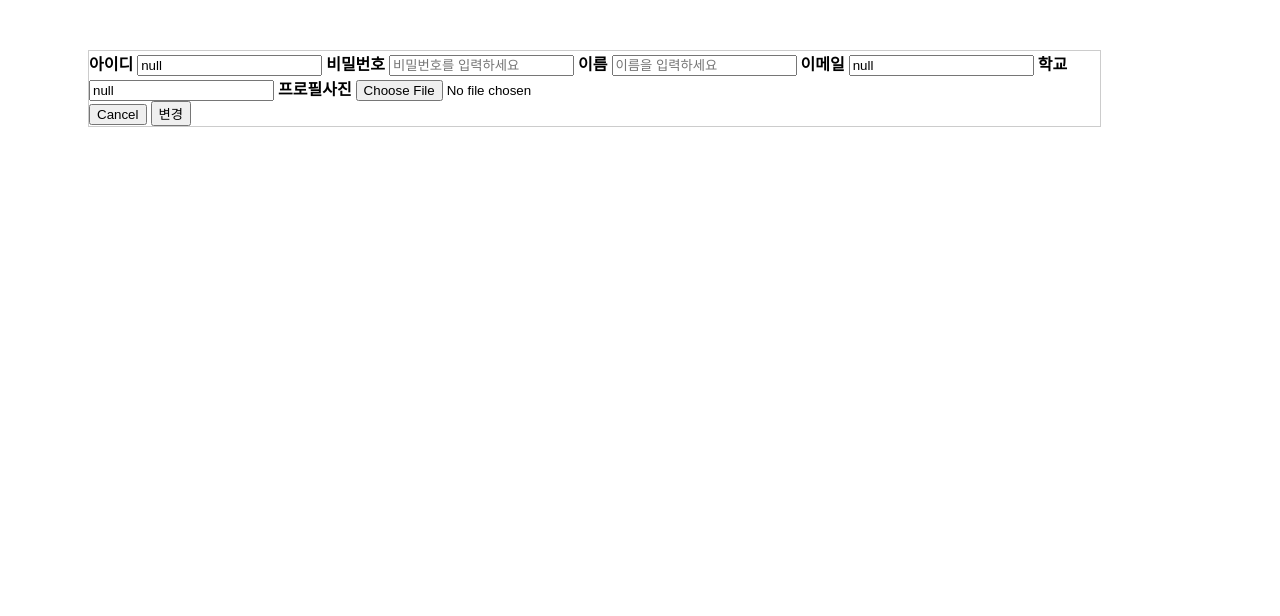
Repository: LeeHyukJe/LHJ
Page: http://localhost/mybbs/mybbs/member_change.jsp
These files come from the project's save history. The page is drawn as it stood at one moment and after the next save; the edit follows.
The browser window is 1280 px wide. The pictures show the whole page.
The page is served by Tomcat 9. Other server files are loaded and not shown.

Above is the page before, as saved 2017-09-25 01:01:49.

### mybbs/WebContent/mybbs/member_change.jsp
<%@ page language="java" contentType="text/html; charset=UTF-8"
    pageEncoding="UTF-8"%>
    <%@page import="user.*" %>
    <jsp:useBean id="user" scope="request" class="user.User"/>
    <jsp:useBean id="user_db" scope="request" class="user.User_db"/>
<!DOCTYPE html PUBLIC "-//W3C//DTD HTML 4.01 Transitional//EN" "http://www.w3.org/TR/html4/loose.dtd">
<html>
<head>
<meta http-equiv="Content-Type" content="text/html; charset=UTF-8">
<title>Insert title here</title>
</head>
<body>
	<form action="member_list.jsp" style="border: 1px solid #ccc; margin: 50px 0 0 80px; width: 80%;">
		<div class="container">
			<label><b>아이디</b></label>
			<input type="text" name="user_id" value="<%=user.getUser_id() %>" required>
				<label><b>비밀번호</b></label> <input
				type="password" placeholder="비밀번호를 입력하세요" name="user_password" required>
				<label><b>이름</b></label> <input type="text" placeholder="이름을 입력하세요" name="user_name">
				 <label><b>이메일</b></label>
			<input type="text" name="user_email" value="<%=user.getUser_name()%>">

			<label><b>학교</b></label>
			<input type="text" name="user_college" value="<%=user.getUser_college()%>">
			<label><b>프로필사진</b></label>
			<input type="file" name="user_picture">
			<div class="clearfix">
				<button type="button" class="cancelbtn">Cancel</button>
				<button type="submit" class="signupbtn">변경</button>
			</div>
		</div>
	</form>
</body>
</html>

### mybbs/src/user/User.java
package user;

public class User {
	private String user_id;
	private int user_password;
	private String user_name;
	private String user_email;
	private String user_college;
	private String user_picture;


	public String getUser_id() {
		return user_id;
	}
	public void setUser_id(String user_id) {
		this.user_id = user_id;
	}
	public int getUser_password() {
		return user_password;
	}
	public void setUser_password(int user_password) {
		this.user_password = user_password;
	}
	public String getUser_name() {
		return user_name;
	}
	public void setUser_name(String user_name) {
		this.user_name = user_name;
	}
	public String getUser_email() {
		return user_email;
	}
	public void setUser_email(String user_email) {
		this.user_email = user_email;
	}
	public String getUser_college() {
		return user_college;
	}
	public void setUser_college(String user_college) {
		this.user_college = user_college;
	}
	public String getUser_picture() {
		return user_picture;
	}
	public void setUser_picture(String user_picture) {
		this.user_picture = user_picture;
	}
}

### mybbs/src/user/User_db.java
package user;

import java.sql.*;
import java.util.ArrayList;

public class User_db {
	Connection conn;
	PreparedStatement pstmt;
	ResultSet rs;
	String jdbc_driver;
	String jdbc_url;


	public void connect() {
		if(System.getProperty("user.name").equals("lims2733")) {
			jdbc_driver="com.mysql.jdbc.Driver";
			jdbc_url="jdbc:mysql://127.0.0.1:3306/db";
		}
		else if( System.getProperty("user.name").equals("우리집 컴퓨터")) {
			jdbc_driver="com.mysql.jdbc.Driver";
			jdbc_url="jdbc:mysql://localhost:3306/mybbs";
		}
		else {
			jdbc_driver="oracle.jdbc.driver.OracleDriver";
			System.out.print(System.getProperty("user.name"));
			jdbc_url="jdbc:oracle:thin:@localhost:1521:xe";
		}

		try {
			Class.forName(jdbc_driver);
			conn=DriverManager.getConnection(jdbc_url,"root","1234");
		}catch(Exception e) {
			System.out.println(e);
		}
	}

	public void disconnect() {
		if(pstmt!=null) {
			try {
				pstmt.close();
			} catch (SQLException e) {
				// TODO Auto-generated catch block
				e.printStackTrace();
			}
		}

		if(conn!=null) {
			try {
				conn.close();
			} catch (SQLException e) {
				// TODO Auto-generated catch block
				e.printStackTrace();
			}
		}
	}

	public ArrayList<User> db_list(){
		connect();
		String sql="select * from mybbs";
		ArrayList<User> list=new ArrayList<>();

		try {
			pstmt=conn.prepareStatement(sql);
			rs=pstmt.executeQuery();

			while(rs.next()) {
				User user=new User();
				user.setUser_id(rs.getString(1));
				user.setUser_password(rs.getInt(2));
				user.setUser_name(rs.getString(3));
				user.setUser_email(rs.getString(4));
				user.setUser_college(rs.getString(5));
				user.setUser_picture(rs.getString(6));
				list.add(user);
			}
		} catch (SQLException e) {
			// TODO Auto-generated catch block
			e.printStackTrace();

		}finally {
			disconnect();
		}
		return list;
	}

	public User getDB(String user_id) {
		connect();
		String sql="select * from mybbs where user_id=?";
		User user=new User();
		try {
			pstmt=conn.prepareStatement(sql);
			pstmt.setString(1, user_id);
			rs=pstmt.executeQuery();

			rs.next();
			user.setUser_id(rs.getString(1));
			user.setUser_password(rs.getInt(2));
			user.setUser_name(rs.getString(3));
			user.setUser_email(rs.getString(4));
			user.setUser_college(rs.getString(5));
			user.setUser_picture(rs.getString(6));
		} catch (SQLException e) {
			// TODO Auto-generated catch block
			e.printStackTrace();
		}finally {
			disconnect();
		}
		return user;
	}

	public boolean insert(User user) {
		connect();

		String sql="insert into mybbs values(?,?,?,?,?,?)";
		try {
			pstmt=conn.prepareStatement(sql);
			pstmt.setString(1, user.getUser_id());
			pstmt.setInt(2, user.getUser_password());
			pstmt.setString(3, user.getUser_name());
			pstmt.setString(4, user.getUser_email());
			pstmt.setString(5, user.getUser_college());
			pstmt.setString(6, user.getUser_picture());
			pstmt.executeUpdate();
			return true;
		} catch (SQLException e) {
			// TODO Auto-generated catch block
			e.printStackTrace();
			return false;
		}finally {
			disconnect();
		}
	}

	public boolean update(User user) {
		connect();

		String sql="update mybbs set user_password=?"
				+ "user_name=? user_email=? user_college=? user_picture=? where user_id=?";
		try {
			pstmt=conn.prepareStatement(sql);
			pstmt.setInt(1, user.getUser_password());
			pstmt.setString(2, user.getUser_name());
			pstmt.setString(3, user.getUser_email());
			pstmt.setString(4, user.getUser_college());
			pstmt.setString(5, user.getUser_picture());
			pstmt.setString(6, user.getUser_id());
			pstmt.executeUpdate();
			return true;
		} catch (SQLException e) {
			// TODO Auto-generated catch block
			e.printStackTrace();
			return false;
		}finally {
			disconnect();
		}
	}

	public boolean delete(String user_id) {
		connect();

		String sql="delete from mybbs where user_id=?";

		try {
			pstmt=conn.prepareStatement(sql);
			pstmt.setString(1, user_id);
			pstmt.executeUpdate();
			return true;
		} catch (SQLException e) {
			// TODO Auto-generated catch block
			e.printStackTrace();
			return false;
		}finally {
			disconnect();
		}
	}

}

### mybbs/WebContent/mybbs/join_css.css
/* Full-width input fields */
input[type=text], input[type=password] {
    width: 100%;
    padding: 12px 20px;
    margin: 8px 0;
    display: inline-block;
    border: 1px solid #ccc;
    box-sizing: border-box;
}

/* Set a style for all buttons */
button {
    background-color: #4CAF50;
    color: white;
    padding: 14px 20px;
    margin: 8px 0;
    border: none;
    cursor: pointer;
    width: 100%;
}

/* Extra styles for the cancel button */
.cancelbtn {
    padding: 14px 20px;
    background-color: #f44336;
}

/* Float cancel and signup buttons and add an equal width */
.cancelbtn,.signupbtn {
    float: left;
    width: 50%;
}

/* Add padding to container elements */
.container {
    padding: 16px;
}

/* Clear floats */
.clearfix::after {
    content: "";
    clear: both;
    display: table;
}

/* Change styles for cancel button and signup button on extra small screens */
@media screen and (max-width: 300px) {
    .cancelbtn, .signupbtn {
       width: 100%;
    }
}

After the next save:
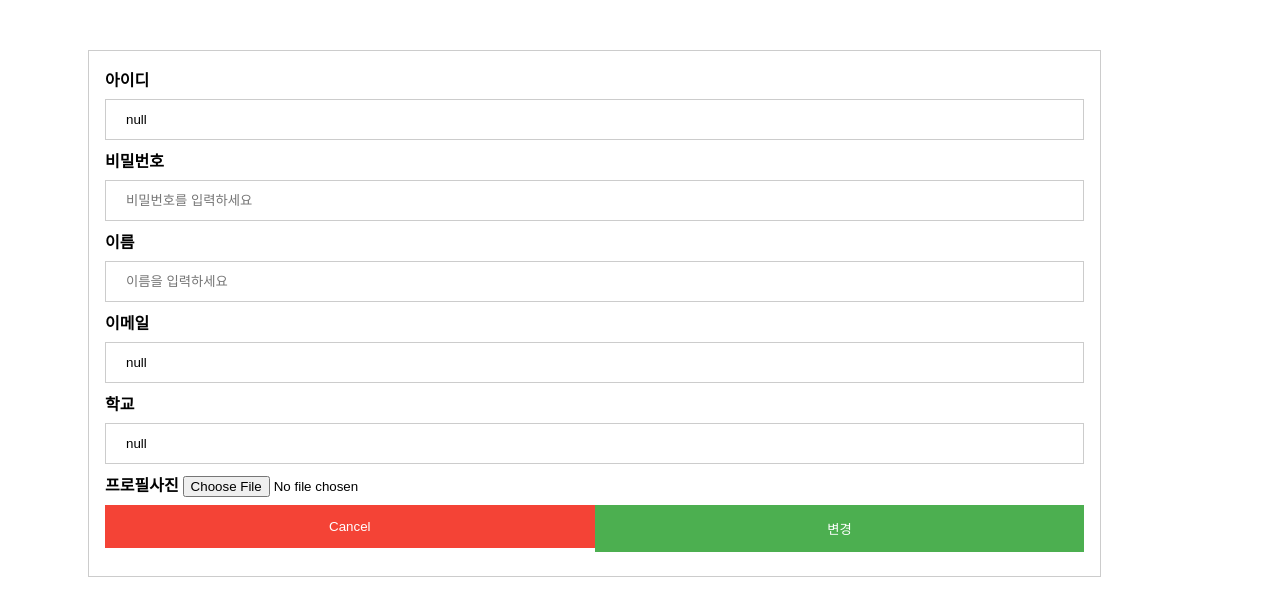
Saved 64 s later.
--- a/mybbs/WebContent/mybbs/member_change.jsp
+++ b/mybbs/WebContent/mybbs/member_change.jsp
@@ -7,6 +7,7 @@
 <html>
 <head>
 <meta http-equiv="Content-Type" content="text/html; charset=UTF-8">
+<link rel="stylesheet" href="join_css.css">
 <title>Insert title here</title>
 </head>
 <body>
